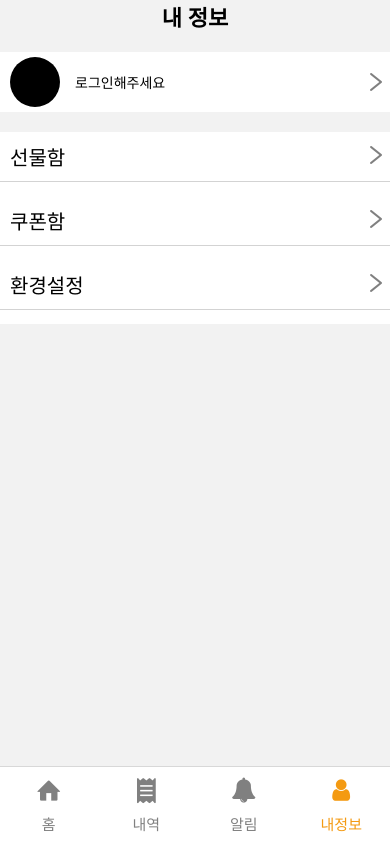
Repository: Unique0902/GachiDutch
Screen: /User
An editor plug-in stored every save of this project. The screen is shown before and after the next save, followed by the edit.
The app was drawn by React Native's web renderer in a window 390 px wide. The project was rebuilt for these pictures with package versions that can differ from the ones it lists, and the page was loaded fresh each time. Some packages were replaced by stand-ins written for this rebuild. Also part of the build but not shown: sources/components/lowBar/lowBar.jsx, sources/components/taxi/taxi.jsx, sources/components/alarm/alert.js, sources/components/alarm/alarm.jsx, sources/components/dutch_history/dutch_history.jsx, sources/components/dutchpay_historys/dutchpay_historys.jsx, sources/components/delivery_historys/delivery_historys.jsx, sources/components/taxi_historys/taxi_historys.jsx and 3 more.

Above is the screen before, as saved 2022-11-11 16:56:41.

After the next save:
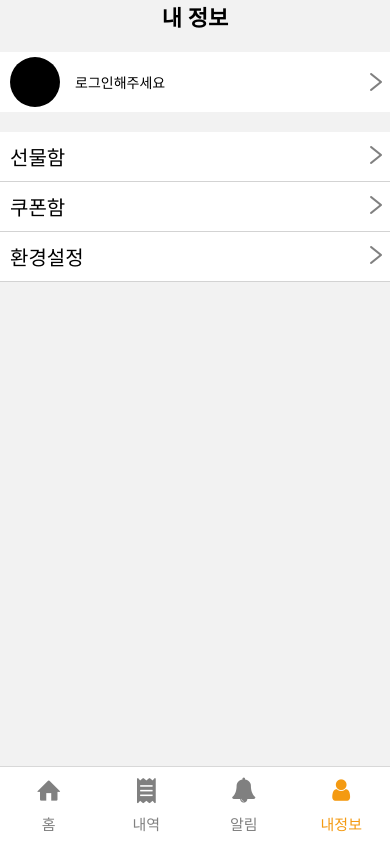
Saved 9 s later.
--- a/sources/components/user/user.jsx
+++ b/sources/components/user/user.jsx
@@ -124,7 +124,6 @@ const styles = StyleSheet.create({
   enterMenu: {
     justifyContent: 'space-between',
     flexDirection: 'row',
-    marginBottom: 14,
     padding: 10,
     paddingHorizontal: 10,
     borderBottomColor: 'lightgray',
